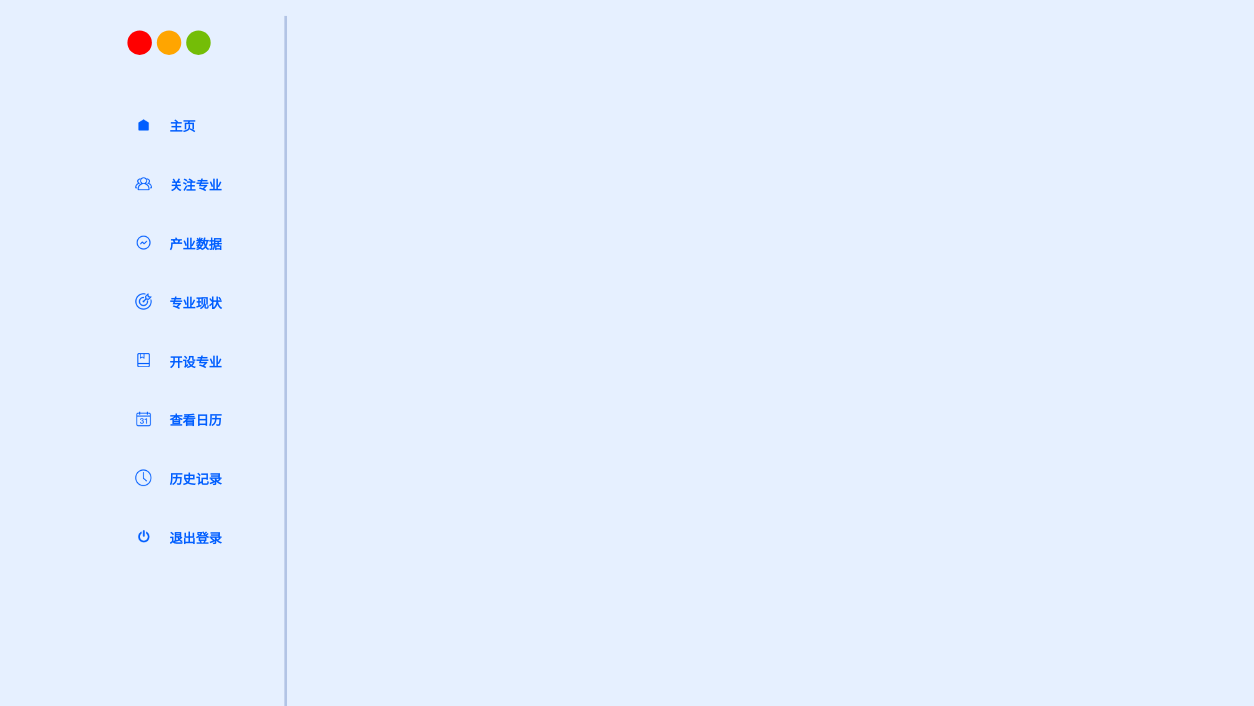
Repository: akaCSDN/test
Page: 2.1主页.html
These files come from the project's save history. The page is drawn as it stood at one moment and after a run of saves; the edit follows.
The browser window is 1280 px wide. The pictures show the whole page, at 98% of full size.

Above is the page before, as saved 2022-12-03 21:56:13.

### 2.1主页.html
<!DOCTYPE html>
<html lang="en">
<head>
    <meta charset="UTF-8">
    <meta http-equiv="X-UA-Compatible" content="IE=edge">
    <meta name="viewport" content="width=device-width, initial-scale=1.0,minimum-scale=1.0,maximum-scale=1.0,user-scal=no">
    <title>Document</title>
    <script src="./JS/jquery-3.6.0.js"></script>
    <style type="text/css">
        *{
            margin: 0;
            padding: 0;
            border: 0;
        }
        .main{
            width: 1300px;
            height: 760px;
            /* border: 1px solid black; */
            border-radius: 20px;
            background-color: aliceblue;
            opacity: 0.7;
            position: fixed;
            top: 0;
            right: 0;
            bottom: 0;
            left: 0;
            margin: auto;

        }
        .left{
            width: 190px;
            height: 760px;
            border-radius: 20px 0px 0px 20px;
            border-right: 3px solid rgba(146, 169, 213, 0.622);
            /* border: 1px solid black; */
            position: absolute;
            margin-left: 100px;
            margin-top: 16px;
            position: fixed;
        }
        .circle-point{
            width: 100px;
            height: 30px;
            /* border: 1px solid black; */
            margin-left: 25px;
            margin-top: 15px;
        }
        .circle-point div{
            width: 25px;
            height: 25px;
            border-radius: 100% 100% 100% 100%;
            float: left;
            opacity: 1;
            /* position: absolute; */
            margin-left: 5px;

        }
        .button{
            width: auto;
            height: auto;
            /* border: 1px solid black; */
            margin-top: 50px;


        }
        .button li{
            list-style-type: none;
            /* border: 1px solid black; */
            margin-top: 25px;
            width: 150px;
            margin-left: 13px;
            border-radius: 10px;
            /* background-color: rgb(255, 255, 255); */
            /* display:none ; */

        }
        .button button{
            width: 90px;
            height: 35px;
            text-align: left;
            margin-left: 60px;
            /* color: rgba(0, 94, 255, 0.909); */
            color: #005EFF;
            font-weight: 600;
            /* margin-top: 30px; */
            background: none;
            pointer-events: fill;


        }
        .button img{
            width: 17px;
            height: 17px;
            position: absolute;
            margin-top: 8px;
            margin-left: 25px;
        }
        .right{
            width: ;
            height: 9;
        }
    </style>
</head>
<body style="background-color: rgb(209, 222, 254);">

    <div class="main">
    </div>
    <div class="left">
        <div class="circle-point">
            <div style="background-color: red;"></div>
            <div style="background-color: orange;"></div>
            <div style="background-color:rgb(116, 189, 7);"></div>
        </div>
        <div class="button">
                <li><img src="./icon/主页.png" alt=""><button>主页</button></li>
                <li><img src="./icon/专业.png" alt=""><button>关注专业</button></li>
                <li><img src="./icon/数据.png" alt=""><button>产业数据</button></li>
                <li><img src="./icon/现状.png" alt=""><button>专业现状</button></li>
                <li><img src="./icon/开设.png" alt=""><button>开设专业</button></li>
                <li><img src="./icon/日历.png" alt=""><button>查看日历</button></li>
                <li><img src="./icon/历史.png" alt=""><button>历史记录</button></li>
                <li><img src="./icon/退出.png" alt=""><button>退出登录</button></li>
        </div>
    </div>
    <div class="right">

    </div>


</body>
<script>
    $(document).ready(function(){
            $(".button li").mouseover(function(){
                $(this).css("background-color","white")


        })

        $(".button li").mouseleave(function(){
                $(this).css("background","none")
        })
        $(".button li").click(function(){
            var name=$(this).text();
            switch (name) {
                case '关注专业':

                    break;

                default:
                    break;
            }
        })

    })
</script>
</html>

Loaded but not shown: JS/jquery-3.6.0.js (library)

After the next 3 saves:
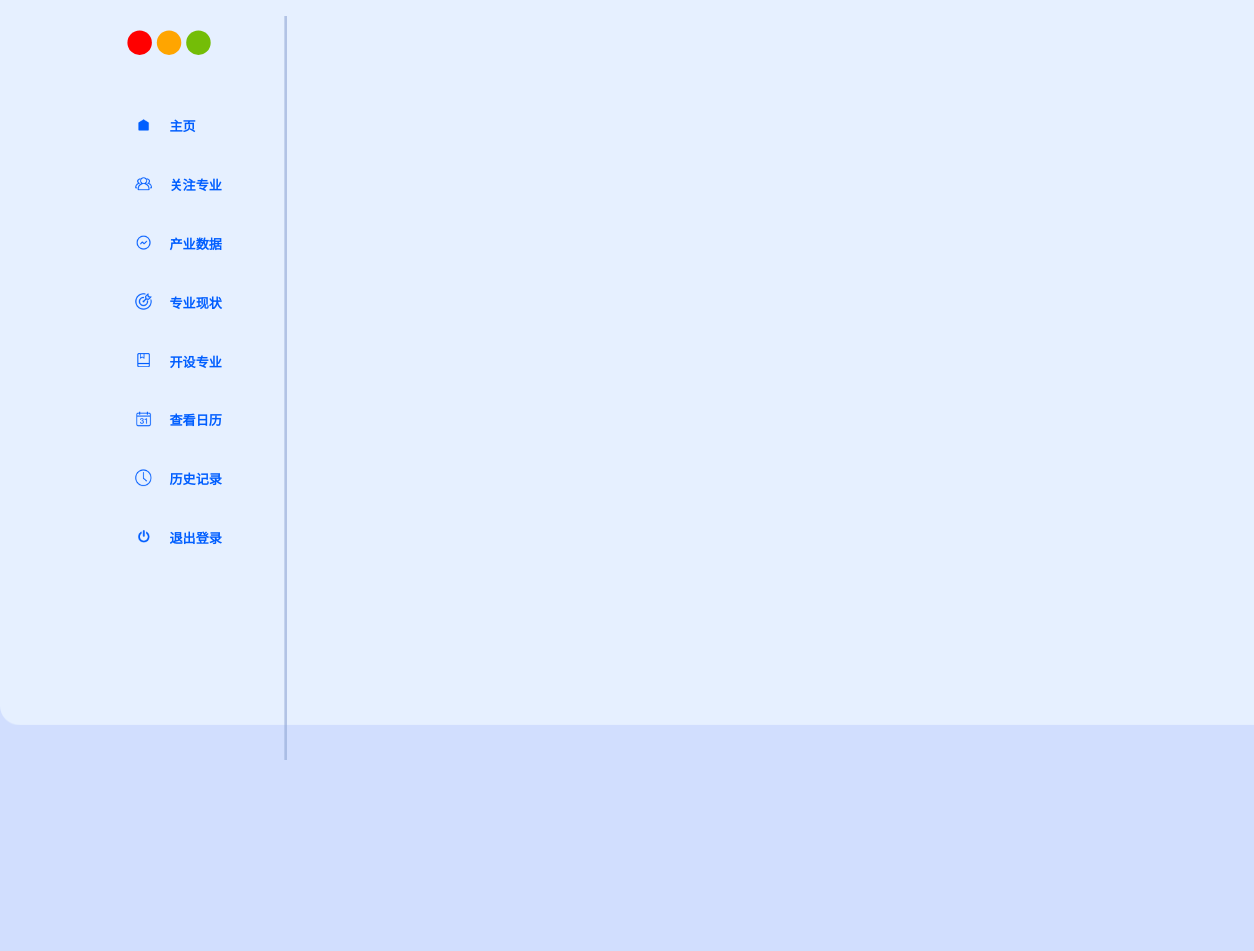
The 3 saves are shown as one change because they came seconds apart.
The last was saved 18 s later.
--- a/2.1主页.html
+++ b/2.1主页.html
@@ -96,8 +96,8 @@
             margin-left: 25px;
         }
         .right{
-            width: ;
-            height: 9;
+            width: 900px;
+            height: 970px;
         }
     </style>
 </head>
